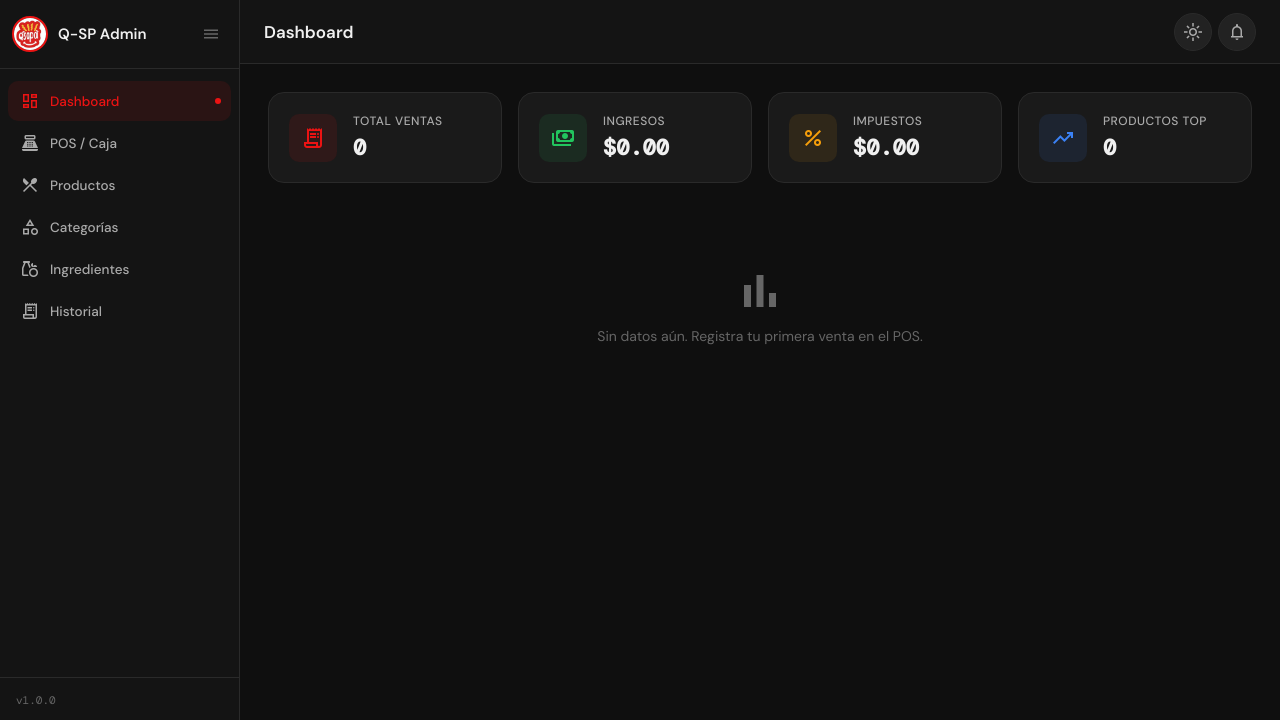
Repository: JhonnyDiaz4753/Admin_Q_sopa
Page: /
These files come from the project's save history. The page is drawn as it stood at one moment and after the next save; the edit follows.
The browser window is 1280 px wide. The pictures show the whole page.
The page's requests for data from a server got no answer. The project was rebuilt for these pictures with package versions that can differ from the ones it lists, and the page was loaded fresh each time. No one was signed in, and anything a server would have sent is missing. Also part of the build but not shown: vite.config.js, src/components/shared/CrudPage.css, src/components/shared/CrudPage.jsx, src/components/shared/Modal.css, src/components/shared/Modal.jsx, src/components/Categorias/Categorias.jsx, src/components/Productos/Productos.jsx, src/components/Ingredientes/Ingredientes.jsx.

Above is the page before, as saved 2026-03-14 13:02:36.

After the next save:
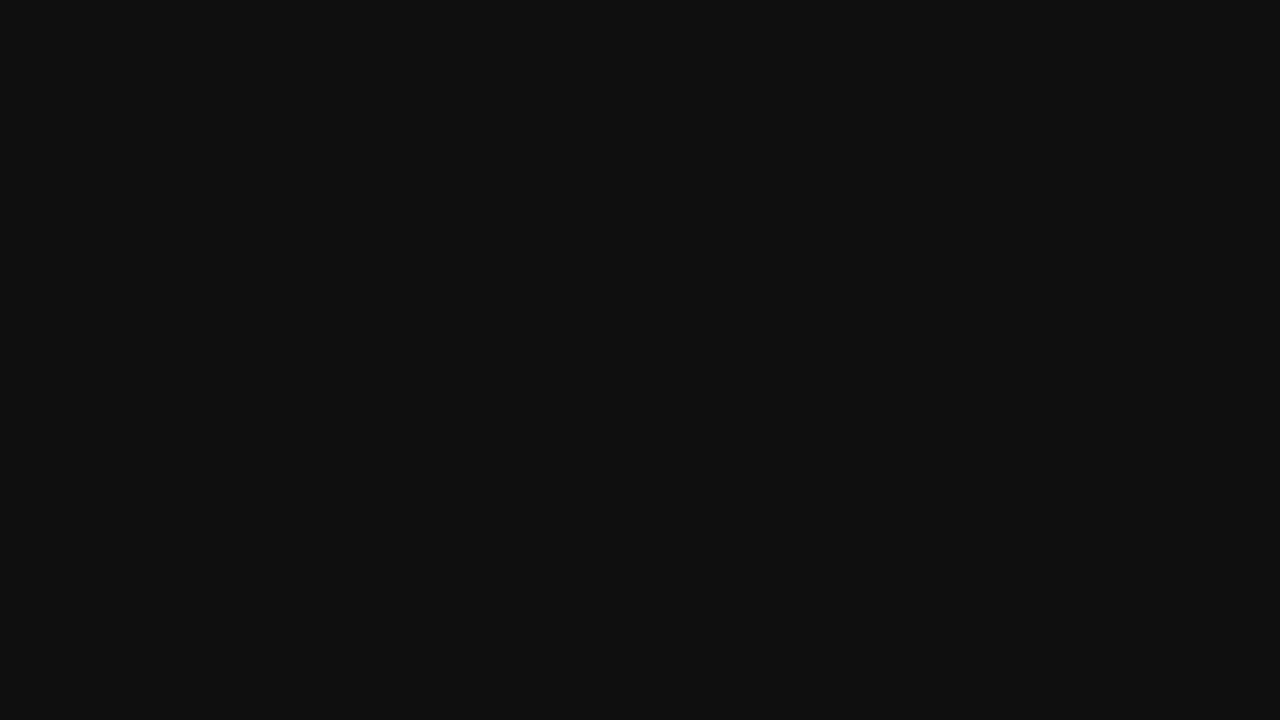
Console error: ReferenceError: Pos is not defined
Saved 14 s later.
--- a/src/App.jsx
+++ b/src/App.jsx
@@ -25,7 +25,7 @@
       <Routes>
         <Route element={<AdminLayout />}>
           <Route index                   element={<Dashboard />} />
-          <Route path="pos"              element={<POS/>} />
+          <Route path="pos"              element={<Pos/>} />
           <Route path="productos"      element={<Productos />}    />
           <Route path="categorias"     element={<Categorias />}   />
           <Route path="ingredientes"   element={<Ingredientes />} />

After the save that followed:
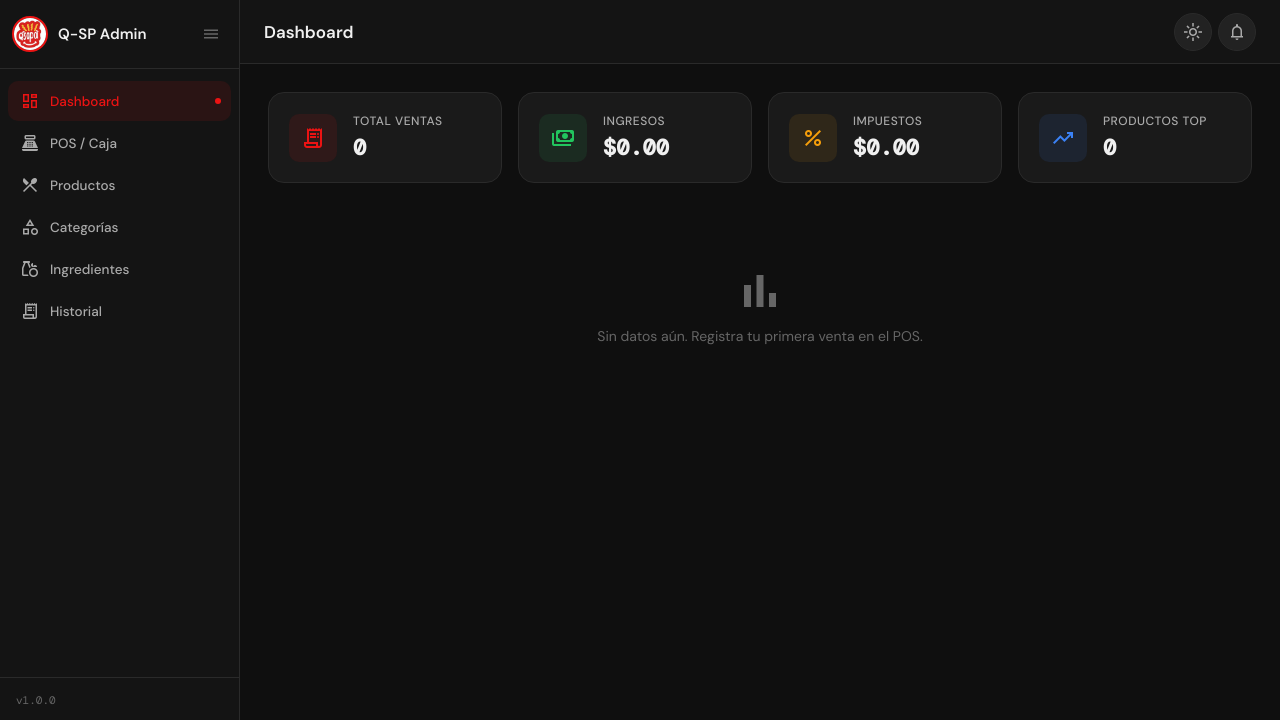
The error is gone.
Saved 6 s later.
--- a/src/App.jsx
+++ b/src/App.jsx
@@ -25,7 +25,7 @@
       <Routes>
         <Route element={<AdminLayout />}>
           <Route index                   element={<Dashboard />} />
-          <Route path="pos"              element={<Pos/>} />
+          <Route path="pos"              element={<POS/>} />
           <Route path="productos"      element={<Productos />}    />
           <Route path="categorias"     element={<Categorias />}   />
           <Route path="ingredientes"   element={<Ingredientes />} />
